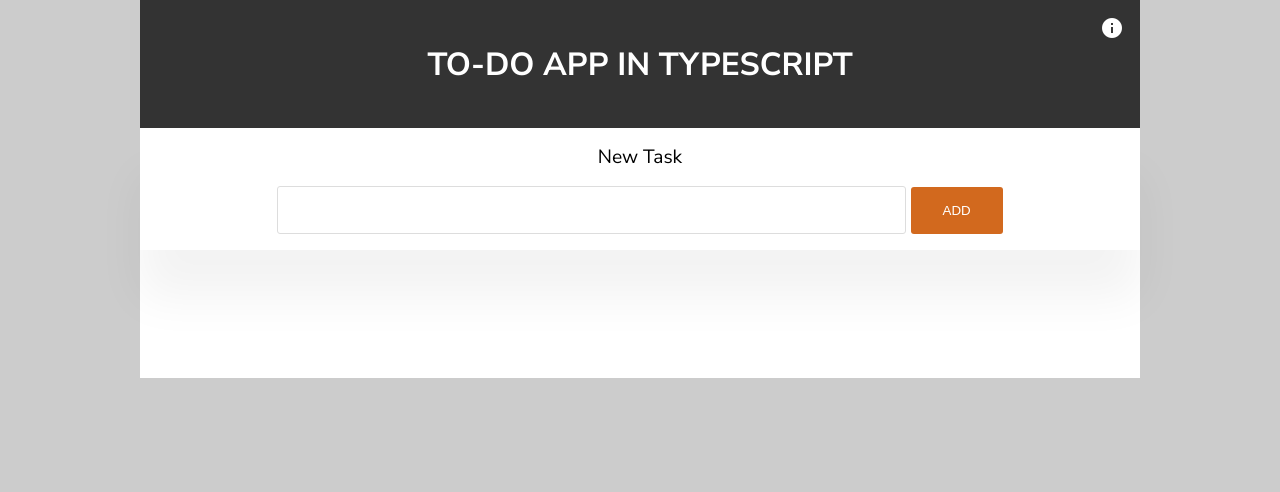
Repository: kcvijay/to_do_app
Page: index.html
The author's editor kept a copy of each file at every save. The page is drawn from the files as they stood at one save, then again after the next save.
The browser window is 1280 px wide. The pictures show the whole page.

Above is the page before, as saved 2023-03-14 22:19:21.

### index.html
<!DOCTYPE html>
<html lang="en">
  <head>
    <meta charset="UTF-8" />
    <meta http-equiv="X-UA-Compatible" content="IE=edge" />
    <meta name="viewport" content="width=device-width, initial-scale=1.0" />
    <link rel="icon" type="image/x-icon" href="/assets/list.png" />
    <title>To Do App in Typescript</title>
    <link rel="preconnect" href="https://fonts.gstatic.com/" />
    <link
      href="https://fonts.googleapis.com/icon?family=Material+Icons"
      rel="stylesheet"
    />
    <link rel="stylesheet" href="style.css" />
  </head>
  <body>
    <div class="wrapper">
      <main>
        <div class="background">
          <header>
            <h1>to-do app in typescript</h1>
            <p class="material-icons icon-info">info</p>
          </header>
        </div>
        <div class="info-wrapper" onclick="this.style.display = 'none';"></div>
        <section class="section-input">
          <form>
            <label for="input-task">New Task</label>
            <input type="text" id="input-task" required autocomplete="off" />
            <button type="submit" id="submit">Add</button>
          </form>
        </section>
        <section class="section-tasks">
          <ul class="task-list"></ul>
        </section>
        <button id="clear-all">clear all</button>
      </main>
    </div>
    <script src="./dist/main.js"></script>
  </body>
</html>

### style.css
@import url("https://fonts.googleapis.com/css2?family=Nunito+Sans:wght@400;700&display=swap");
* {
  margin: 0;
  padding: 0;
  box-sizing: border-box;
}

body {
  font-family: "Nunito Sans", sans-serif;
  max-width: 100vw;
  max-height: 100vh;
  background-color: #cccccc;
  position: relative;
}

input {
  font-size: 1rem;
  color: #4b4b4b;
  border-radius: 3px;
}

input:focus {
  outline: 3px solid rgba(0, 128, 0, 0.514);
}

button {
  background: #d2691e;
  border: none;
  border-radius: 3px;
  padding: 1rem 2rem;
  color: #fff;
  text-transform: uppercase;
  cursor: pointer;
}

button:hover,
button:active {
  opacity: 0.9;
}

.wrapper {
  background: #fff;
  max-width: 1000px;
  margin: 0 auto;
  min-height: 50vh;
}

header {
  text-transform: uppercase;
  text-align: center;
  color: #fff;
}

.background {
  position: relative;
  height: 8rem;
  background-color: #333;
  display: flex;
  justify-content: center;
  align-items: center;
}

.icon-info {
  position: absolute;
  top: 1rem;
  right: 1rem;
  cursor: pointer;
}

.info-wrapper {
  position: absolute;
  top: 0;
  left: 0;
  min-width: 100vw;
  min-height: 100vh;
  display: flex;
  justify-content: center;
  align-items: center;
  background: rgba(0, 0, 0, 0.439);
  display: none;
}

.information {
  text-align: left;
  text-transform: none;
  background-color: #ffffff;
  box-shadow: 0 3rem 3rem rgba(0, 0, 0, 0.1);
  max-width: 500px;
  padding: 2rem;
  font-size: 1.2rem;
  line-height: 1.5;
  border-radius: 5px;
  z-index: 2;
}

.wrapper main .section-input {
  padding: 1rem;
  text-align: center;
  background: #fff;
  box-shadow: 0 3rem 3rem rgba(0, 0, 0, 0.05);
  top: 12rem;
}

.section-input label {
  display: block;
  font-size: 1.2rem;
  margin-bottom: 1rem;
}

.section-input input {
  height: 3rem;
  min-width: 65%;
  border: 1px solid #dddddd;
  font-family: inherit;
  text-transform: capitalize;
  padding: 0 1rem;
  transition: all 0.3s ease-in-out;
}

.section-tasks {
  margin: 3rem auto;
}

.warning {
  text-align: center;
  font-size: 3rem;
  color: #777;
}

.task-list {
  width: 90%;
  margin: 0 auto;
  padding-bottom: 5rem;
}
.task-list ul {
  width: 300px;
  margin: 0 auto;
}

.task-list li {
  list-style-type: none;
  display: flex;
  align-items: center;
  font-size: 1rem;
  height: 4.5rem;
  background-color: #fbf0e9;
  border: 2px solid #fff;
  animation: slideDown 0.5s ease-in-out;
}

.task-list li p {
  width: 100%;
  text-transform: capitalize;
}
li.bg-change {
  background-color: #dedede;
}

.task {
  width: 100%;
  text-transform: capitalize;
}

.task-list button {
  background-color: white;
  border: 1px solid chocolate;
  margin: 0.5rem;
  padding: 1rem;
}
.check {
  display: inline-block;
  height: 25px;
  width: 25px;
  margin: 0 20px;
}

.delBtn {
  display: inline-block;
  padding: 0.2rem;
  margin: 0.5rem;
  color: #fff;
  border: 1px solid #fff;
  background: chocolate;
  cursor: pointer;
}

.delBtn:hover,
.delBtn:active {
  opacity: 0.8;
}

@keyframes slideDown {
  0% {
    transform: translateY(-30px);
    opacity: 0;
  }

  50% {
    transform: translateY(10px);
  }

  100% {
    transform: translateY(0);
    opacity: 1;
  }
}

#clear-all {
  position: fixed;
  justify-content: center;
  margin: 0;
  left: 50%;
  bottom: 0;
  transform: translate(-50%, -50%);
  background-color: #f35731;
  cursor: pointer;
  display: none;
}

### dist/main.js
"use strict";
const btnSubmit = document.querySelector("#submit");
const taskList = document.querySelector(".task-list");
const taskInput = document.querySelector("#input-task");
const iconInfo = document.querySelector(".icon-info");
const infoText = document.querySelector(".info-wrapper");
const btnClearAll = document.querySelector("#clear-all");
let items = [];
//Adding tasks.
const addTask = () => {
    const li = document.createElement("li");
    const checkbox = `<input type="checkbox" class="check" onclick="changeColor(this)"/>`;
    const delItem = `<span class="material-icons delBtn" onclick="removeTask(this)">close</span>`;
    const todoTxt = taskInput.value;
    li.innerHTML = `${checkbox}<p>${todoTxt}</p>${delItem}`;
    //To put non-repeating task.
    if (!items.includes(todoTxt)) {
        items.push(todoTxt);
        taskList.appendChild(li);
    }
    localStorage.setItem("items", JSON.stringify(items));
    taskInput.value = "";
    console.log(items.length);
    toggleClearAll();
};
//Removing tasks
const removeTask = (e) => {
    e.parentElement.remove();
    let todo = e.parentElement.children[1].textContent;
    //If the item is found in items array, then remove it also from the localStorage.
    if (items.includes(todo)) {
        items.splice(items.indexOf(todo), 1);
    }
    localStorage.setItem("items", JSON.stringify(items));
    toggleClearAll();
};
//Showing items stored in local storage on screen loading/refreshing.
const loadTasks = () => {
    if (localStorage.getItem("items") === null) {
        return;
    }
    else {
        let items = Array.from(JSON.parse(localStorage.getItem("items") || ""));
        items.forEach((item) => {
            const li = document.createElement("li");
            const checkbox = `<input type="checkbox" class="check" onclick="changeColor(this)"/>`;
            const delItem = `<span class="material-icons delBtn" onclick="removeTask(this)">close</span>`;
            const todoTxt = item;
            li.innerHTML = `${checkbox}<p>${todoTxt}</p>${delItem}`;
            taskList.appendChild(li);
        });
        toggleClearAll();
    }
};
//Changing background color on completed task.
const changeColor = (e) => {
    e.parentElement.classList.toggle("bg-change");
};
//Information text detail.
const showInfoTxt = () => {
    const text = `
    <div class="information">
    <p><strong>This Todo List application is created using TypeScript.</strong></p>
    <p>Find more of my projects at my <a href="https://www.github.com/kcvijay" target="_blank">Github Repositories</a>.</p>
    <p>&mdash; &copy; Vijay KC, 2023</p>
  </div>`;
    infoText.innerHTML = text;
};
const toggleClearAll = () => {
    if (items.length > 0) {
        btnClearAll.style.display = "block";
    }
    else {
        btnClearAll.style.display = "none";
    }
};
//Showing information text.
iconInfo.addEventListener("click", () => {
    showInfoTxt();
    infoText.style.display = "flex";
});
//Clearing all items, items array and localstorage.
btnClearAll.addEventListener("click", () => {
    taskList.innerHTML = "";
    items = [];
    localStorage.removeItem("items");
});
btnSubmit.addEventListener("click", (e) => {
    e.preventDefault();
    //Adding item only when there is text in input section.
    if (taskInput.value.trim()) {
        addTask();
    }
});
document.addEventListener("DOMContentLoaded", () => {
    loadTasks();
});

After the next save:
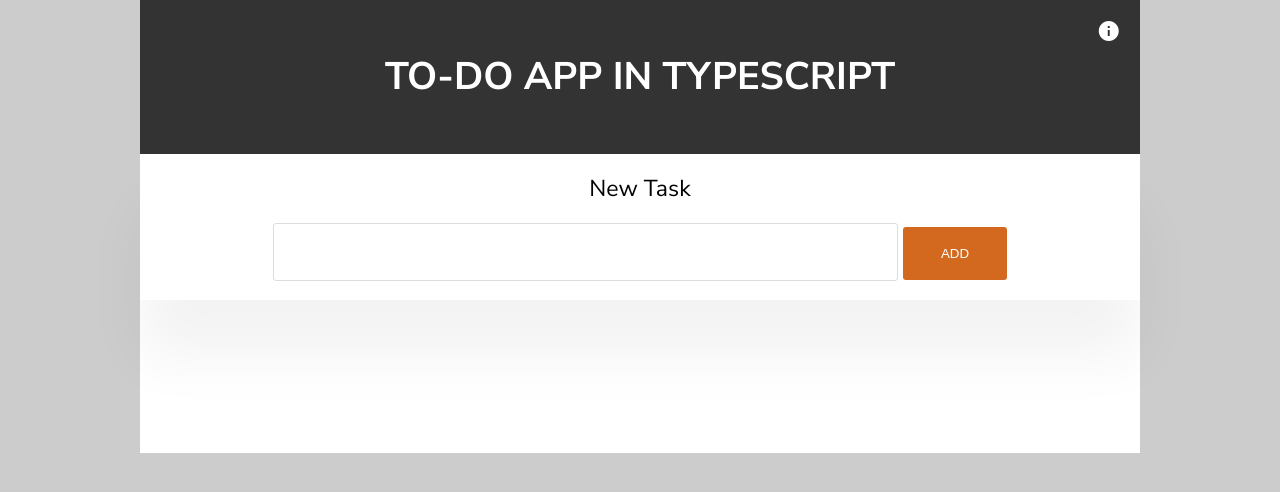
Saved 10 days later.
--- a/style.css
+++ b/style.css
@@ -3,6 +3,10 @@
   margin: 0;
   padding: 0;
   box-sizing: border-box;
+}
+
+html {
+  font-size: 1.2rem;
 }
 
 body {

After the save that followed:
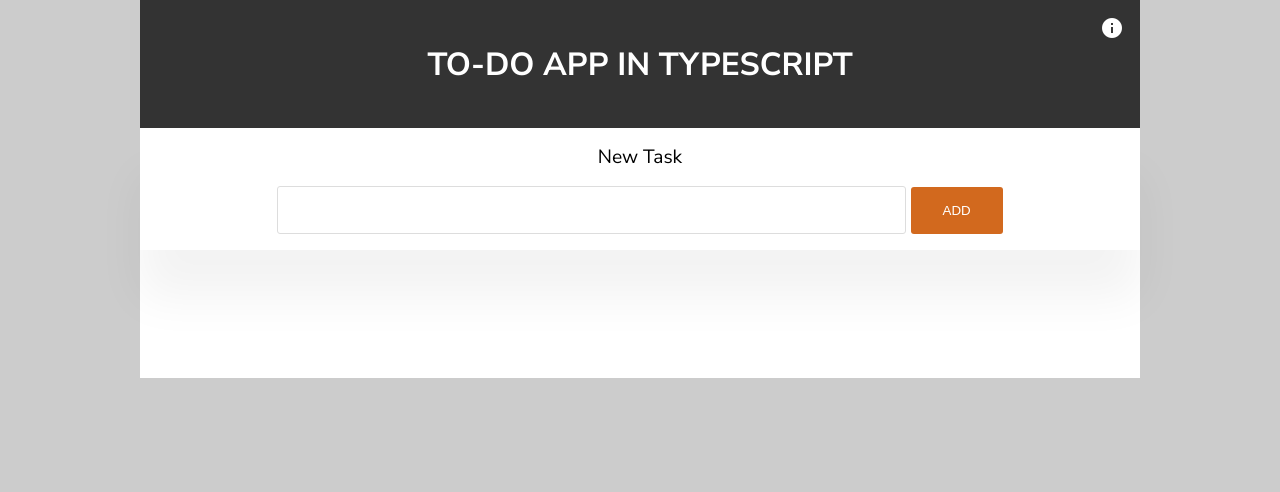
Saved 6 s later.
--- a/style.css
+++ b/style.css
@@ -3,10 +3,6 @@
   margin: 0;
   padding: 0;
   box-sizing: border-box;
-}
-
-html {
-  font-size: 1.2rem;
 }
 
 body {
